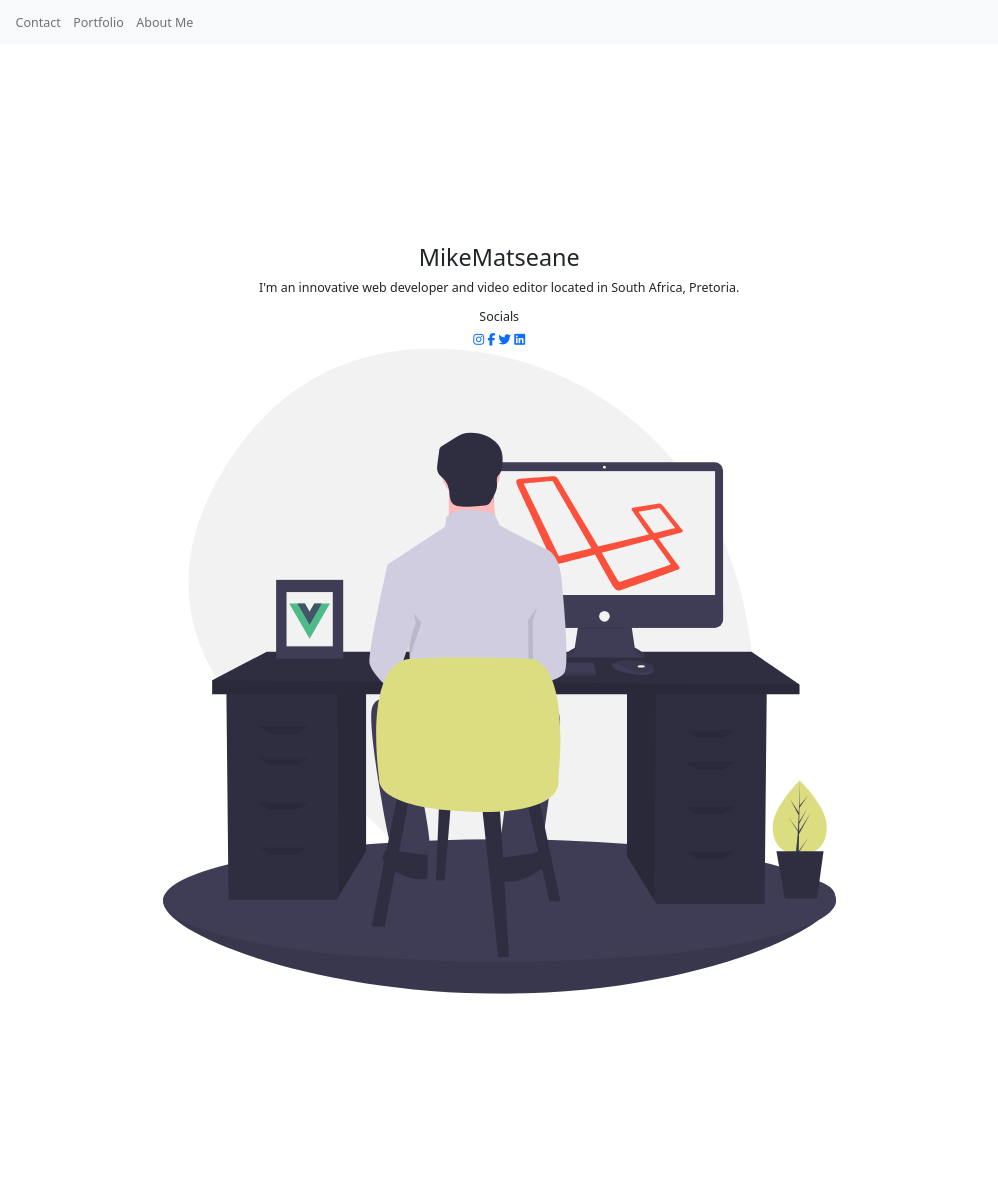
Repository: mikempho/resume10-Final
Page: resume10.html
These files come from the project's save history. The page is drawn as it stood at one moment and after the next save; the edit follows.
The browser window is 1280 px wide. The pictures show the whole page, at 78% of full size.
Some web libraries are served in a nearby version.

Above is the page before, as saved 2022-05-16 13:55:17.

### resume10.html
<html lang="en">
<head>
    <meta charset="UTF-8">
    <meta http-equiv="X-UA-Compatible" content="IE=edge">
    <meta name="viewport" content="width=device-width, initial-scale=1.0">
    <title>Mike Matseane</title>
    <!-- CSS only -->
    <link href="https://cdn.jsdelivr.net/npm/bootstrap@5.2.0-beta1/dist/css/bootstrap.min.css" rel="stylesheet" integrity="sha384-0evHe/X+R7YkIZDRvuzKMRqM+OrBnVFBL6DOitfPri4tjfHxaWutUpFmBp4vmVor" crossorigin="anonymous">

    <!-- CSS StyleSheet -->
    <link rel="stylesheet" href="./css/style.css">
</head>
<body>
    <!-- landing Section -->
    <header class="header">

        <!-- navbar section -->
        <nav class="navbar navbar-expand-lg bg-light">
            <div class="container-fluid justify-content-end">
                <button class="navbar-toggler " type="button" data-bs-toggle="collapse" data-bs-target="#navbarSupportedContent" aria-controls="navbarSupportedContent" aria-expanded="false" aria-label="Toggle navigation">
                    <span class="navbar-toggler-icon"></span>
                </button>
                <div class="collapse navbar-collapse text-center" id="navbarSupportedContent">
                    <ul class="navbar-nav me-auto mb-2 mb-lg-0">
                        <li class="nav-item">
                            <a class="nav-link" aria-current="page" href="#">Contact</a>
                        </li>
                        <li class="nav-item">
                            <a class="nav-link" aria-current="page" href="#">Portfolio</a>
                        </li>
                        <li class="nav-item">
                            <a class="nav-link" aria-current="page" href="#">About Me</a>
                        </li>
                    </ul>
                </div>
            </div>
        </nav>

        <!-- hero section -->
        <div class="container hero">
            <div class="content-box">
                <h1><span>Mike</span>Matseane</h1>
                <p>I'm an innovative web developer and video editor located in South Africa, Pretoria.</p>
                <div class="icon-box">
                    <h6>Socials</h6>
                    <!-- Social Icons -->
                    <a href=""><i class="fa-brands fa-instagram"></i></a>
                    <a href=""><i class="fa-brands fa-facebook-f"></i></a>
                    <a href=""><i class="fa-brands fa-twitter"></i></a>
                    <a href=""><i class="fa-brands fa-linkedin"></i></a>

                </div>
            </div>
            <div class="hero-section-img">
                <img src="./assets/img/undraw_laravel_and_vue_-59-tp.svg" alt="">
            </div>
        </div>
    </header>
    <!-- Font Awesome -->
    <script src="https://kit.fontawesome.com/80b57f53cf.js" crossorigin="anonymous"></script>

    <!-- JavaScript Bundle with Popper -->
    <script src="https://cdn.jsdelivr.net/npm/bootstrap@5.2.0-beta1/dist/js/bootstrap.bundle.min.js" integrity="sha384-pprn3073KE6tl6bjs2QrFaJGz5/SUsLqktiwsUTF55Jfv3qYSDhgCecCxMW52nD2" crossorigin="anonymous"></script>
</body>
</html>

### css/style.css
/* Universal */

body {
    margin: 0;
    box-sizing: border-box;
}

h1 {
    font-size: 30px;
}
/* header section*/
.header {
    text-align: center;
}
/* hero section */
.hero {
    padding: 20% 2%;
}

After the next save:
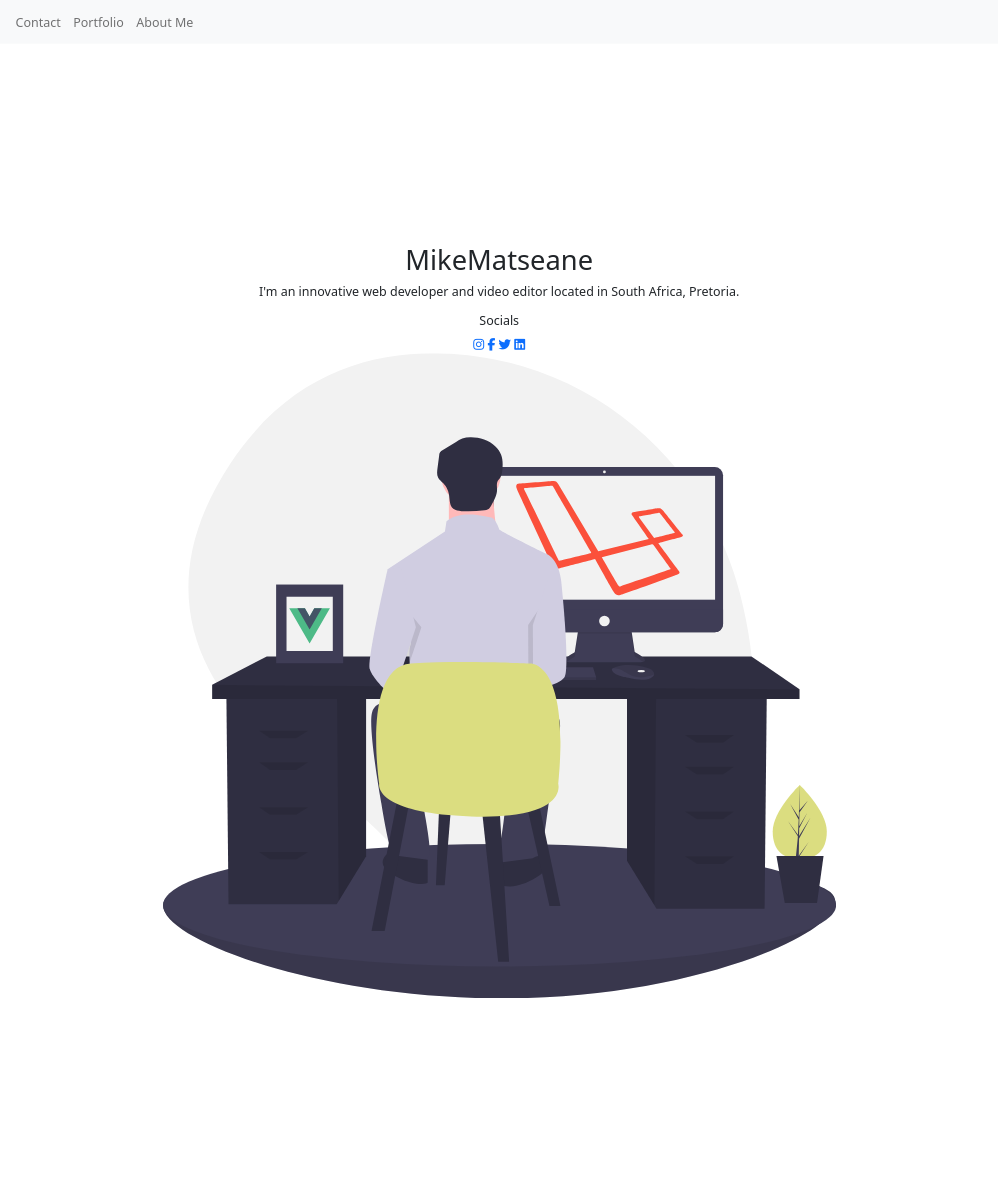
Saved 4 s later.
--- a/css/style.css
+++ b/css/style.css
@@ -6,7 +6,7 @@ body {
 }
 
 h1 {
-    font-size: 30px;
+    font-size: 35px;
 }
 /* header section*/
 .header {
